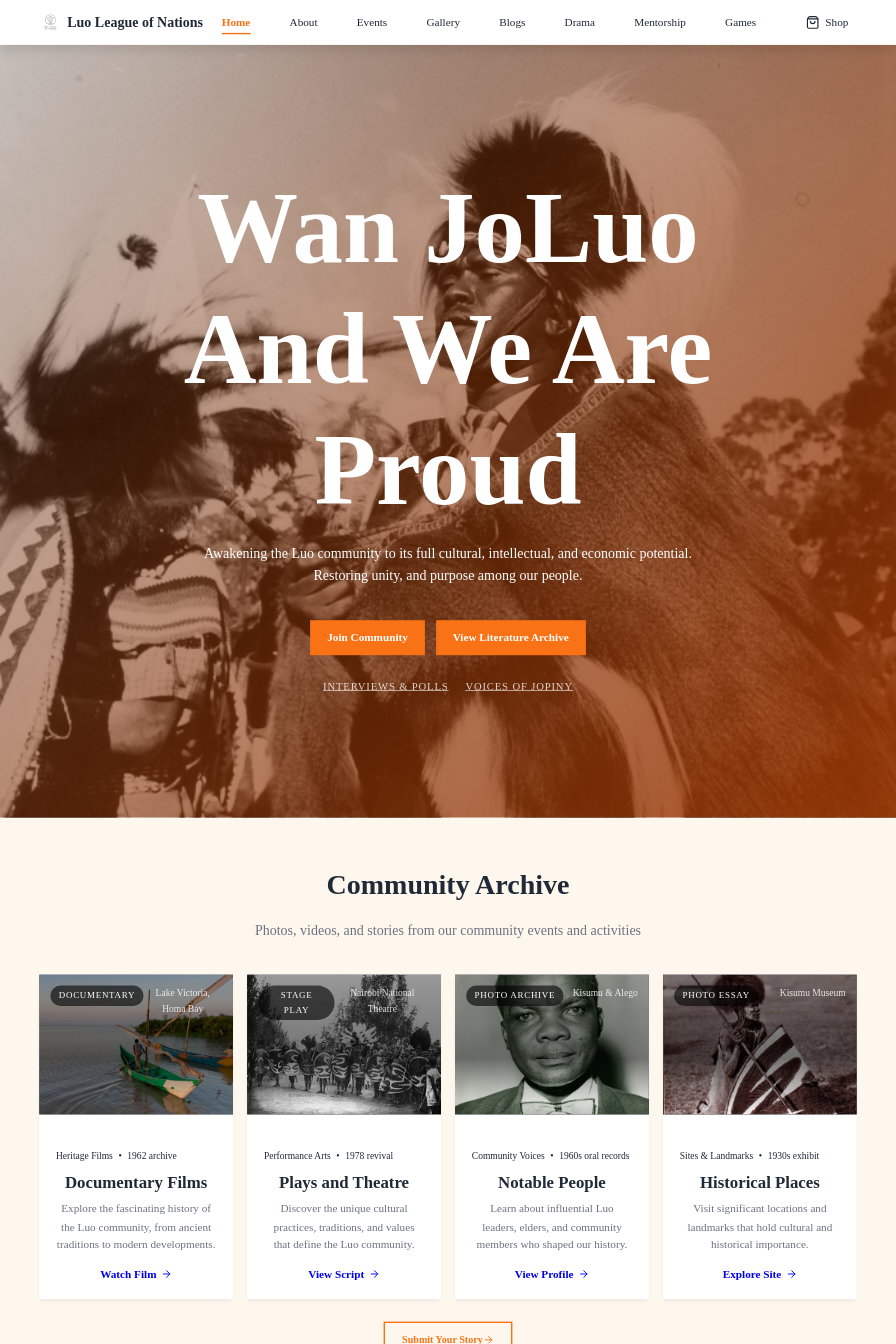
Repository: ianfranko/luo-community-history
Page: /
An editor plug-in stored every save of this project. The page is shown before and after the next save, followed by the edit.
The browser window is 1280 px wide. The pictures show the part of the page from y = 0 to 1920 px (the page is 4457 px tall before and 4207 px after), at 70% of full size.
The project was rebuilt for these pictures with package versions that can differ from the ones it lists, and the page was loaded fresh each time. The framework's server and built-in components were replaced by stand-ins that run in the browser. Also part of the build but not shown: next.config.ts.

Above is the page before, as saved 2025-11-23 12:30:06.

### src/app/layout.tsx
import type { Metadata } from "next";
import { Geist, Geist_Mono } from "next/font/google";
import "./globals.css";
import Layout from "@/components/Layout";

const geistSans = Geist({
  variable: "--font-geist-sans",
  subsets: ["latin"],
});

const geistMono = Geist_Mono({
  variable: "--font-geist-mono",
  subsets: ["latin"],
});

export const metadata: Metadata = {
  title: "Luo League of Nations",
  description: "Preserving and sharing the rich cultural heritage and history of the Luo people",
  icons: {
    icon: "/LLNLOGO.svg",
    shortcut: "/LLNLOGO.svg",
    apple: "/LLNLOGO.svg",
  },
};

export default function RootLayout({
  children,
}: Readonly<{
  children: React.ReactNode;
}>) {
  return (
    <html lang="en">
      <body
        className={`${geistSans.variable} ${geistMono.variable} antialiased`}
      >
        <Layout>{children}</Layout>
      </body>
    </html>
  );
}

### src/app/globals.css
/* Reset and base styles */
* {
  margin: 0;
  padding: 0;
  box-sizing: border-box;
}

:root {
  --primary-color: #f97316;
  --secondary-color: #eab308;
  --accent-color: #ea580c;
  --text-dark: #1f2937;
  --text-light: #6b7280;
  --bg-light: #fef7ed;
  --bg-white: #ffffff;
  --border-color: #e5e7eb;
  --shadow: 0 4px 6px -1px rgba(0, 0, 0, 0.1);
  --shadow-lg: 0 10px 15px -3px rgba(0, 0, 0, 0.1);
  --font-sans: var(--font-geist-sans), system-ui, -apple-system, sans-serif;
  --font-mono: var(--font-geist-mono), 'Courier New', monospace;

  /* New Colors */
  --forest-green: #2E7D32;
  --lake-blue: #0277BD;
  --cream: #F5F5DC;
}

body {
  font-family: var(--font-sans);
  line-height: 1.6;
  color: var(--text-dark);
  background-color: var(--bg-light);
}

/* Utility classes */
.container {
  max-width: 1200px;
  margin: 0 auto;
  padding: 0 1rem;
}

.flex {
  display: flex;
}

.flex-col {
  flex-direction: column;
}

.items-center {
  align-items: center;
}

.justify-center {
  justify-content: center;
}

.justify-between {
  justify-content: space-between;
}

.text-center {
  text-align: center;
}

.grid {
  display: grid;
}

.grid-cols-1 {
  grid-template-columns: repeat(1, minmax(0, 1fr));
}

.grid-cols-2 {
  grid-template-columns: repeat(2, minmax(0, 1fr));
}

.grid-cols-3 {
  grid-template-columns: repeat(3, minmax(0, 1fr));
}

.gap-2 {
  gap: 0.5rem;
}

.gap-4 {
  gap: 1rem;
}

.gap-6 {
  gap: 1.5rem;
}

.gap-8 {
  gap: 2rem;
}

.space-y-4 > * + * {
  margin-top: 1rem;
}

.space-y-6 > * + * {
  margin-top: 1.5rem;
}

.space-y-8 > * + * {
  margin-top: 2rem;
}

/* Typography */
.text-sm {
  font-size: 0.875rem;
}

.text-base {
  font-size: 1rem;
}

.text-lg {
  font-size: 1.125rem;
}

.text-xl {
  font-size: 1.25rem;
}

.text-2xl {
  font-size: 1.5rem;
}

.text-3xl {
  font-size: 1.875rem;
}

.text-4xl {
  font-size: 2.25rem;
}

.text-5xl {
  font-size: 9rem;
}

.font-semibold {
  font-weight: 600;
}

.font-bold {
  font-weight: 700;
}

/* Colors */
.text-primary {
  color: var(--primary-color);
}

.text-secondary {
  color: var(--secondary-color);
}

.text-gray-600 {
  color: var(--text-light);
}

.text-gray-700 {
  color: #374151;
}

.text-gray-800 {
  color: #1f2937;
}

.text-white {
  color: white;
}

.bg-primary {
  background-color: var(--primary-color);
}

.bg-secondary {
  background-color: var(--secondary-color);
}

.bg-white {
  background-color: var(--bg-white);
}

.bg-gradient {
  background: linear-gradient(135deg, var(--primary-color), var(--secondary-color));
}

/* New Color Utilities */
.text-forest-green {
  color: var(--forest-green);
}

.text-lake-blue {
  color: var(--lake-blue);
}

.bg-forest-green {
  background-color: var(--forest-green);
}

.bg-lake-blue {
  background-color: var(--lake-blue);
}

.bg-cream {
  background-color: var(--cream);
}

.border-forest-green {
  border-color: var(--forest-green);
}

.border-lake-blue {
  border-color: var(--lake-blue);
}

/* Spacing */
.p-4 {
  padding: 1rem;
}

.p-6 {
  padding: 1.5rem;
}

.p-8 {
  padding: 2rem;
}

.py-4 {
  padding-top: 1rem;
  padding-bottom: 1rem;
}

.py-8 {
  padding-top: 2rem;
  padding-bottom: 2rem;
}

.py-12 {
  padding-top: 3rem;
  padding-bottom: 3rem;
}

.py-16 {
  padding-top: 4rem;
  padding-bottom: 4rem;
}

.px-4 {
  padding-left: 1rem;
  padding-right: 1rem;
}

.px-6 {
  padding-left: 1.5rem;
  padding-right: 1.5rem;
}

.m-4 {
  margin: 1rem;
}

.mb-4 {
  margin-bottom: 1rem;
}

.mb-6 {
  margin-bottom: 1.5rem;
}

.mb-8 {
  margin-bottom: 2rem;
}

.mt-8 {
  margin-top: 2rem;
}

/* Border and shadow */
.rounded {
  border-radius: 0.25rem;
}

.rounded-lg {
  border-radius: 0.5rem;
}

.rounded-xl {
  border-radius: 0.75rem;
}

.shadow {
  box-shadow: var(--shadow);
}

.shadow-lg {
  box-shadow: var(--shadow-lg);
}

.border {
  border: 1px solid var(--border-color);
}

/* Button styles */
.btn {
  display: inline-flex;
  align-items: center;
  justify-content: center;
  padding: 0.75rem 1.5rem;
  border-radius: 0rem;
  font-weight: 600;
  text-decoration: none;
  transition: all 0.2s ease;
  cursor: pointer;
  border: none;
}

.btn-primary {
  background-color: var(--primary-color);
  color: white;
}

.btn-primary:hover {
  background-color: var(--accent-color);
  transform: translateY(-1px);
}

.btn-secondary {
  background-color: var(--secondary-color);
  color: white;
}

.btn-secondary:hover {
  background-color: #ca8a04;
  transform: translateY(-1px);
}

.btn-outline {
  background-color: transparent;
  color: var(--primary-color);
  border: 2px solid var(--primary-color);
}

.btn-outline:hover {
  background-color: var(--primary-color);
  color: white;
}

/* Card styles */
.card {
  background-color: var(--bg-white);
  border-radius: 0rem;
  box-shadow: var(--shadow);
  overflow: hidden;
  transition: transform 0.2s ease, box-shadow 0.2s ease;
}

.card:hover {
  transform: translateY(-2px);
  box-shadow: var(--shadow-lg);
}

.card-body {
  padding: 1.5rem;
}

.card-title {
  font-size: 1.25rem;
  font-weight: 600;
  margin-bottom: 0.5rem;
}

.card-text {
  color: var(--text-light);
  line-height: 1.6;
}

/* Responsive design */
@media (min-width: 768px) {
  .md\:grid-cols-2 {
    grid-template-columns: repeat(2, minmax(0, 1fr));
  }

  .md\:grid-cols-3 {
    grid-template-columns: repeat(3, minmax(0, 1fr));
  }

  .md\:flex {
    display: flex;
  }

  .md\:flex-row {
    flex-direction: row;
  }

  .md\:justify-center {
    justify-content: center;
  }

  .md\:gap-4 {
    gap: 1rem;
  }

  .md\:flex-wrap {
    flex-wrap: wrap;
  }

  .md\:text-left {
    text-align: left;
  }

  .md\:px-6 {
    padding-left: 1.5rem;
    padding-right: 1.5rem;
  }

  .md\:py-16 {
    padding-top: 4rem;
    padding-bottom: 4rem;
  }
}

@media (min-width: 1024px) {
  .lg\:grid-cols-3 {
    grid-template-columns: repeat(3, minmax(0, 1fr));
  }

  .lg\:grid-cols-4 {
    grid-template-columns: repeat(4, minmax(0, 1fr));
  }

  .lg\:px-8 {
    padding-left: 2rem;
    padding-right: 2rem;
  }

  .lg\:py-20 {
    padding-top: 5rem;
    padding-bottom: 5rem;
  }
}

/* Hero section styles */
.hero {
  background: linear-gradient(135deg, rgba(51, 23, 3, 0.2), rgba(156, 56, 3, 0.9)),
              url('/COLLECTIE_TROPENMUSEUM_Luo_dansers_in_krijgskostuum_tijdens_de_Eldoret_Agricultural_Show_TMnr_20014318.jpg') center/cover no-repeat;
  color: white;
  padding: 11rem 0rem; /* base padding for desktop */
  position: relative;
  overflow: hidden;
}

.hero::before {
  content: '';
  position: absolute;
  inset: 0;
  background:
    rgba(0, 0, 0, 0.85),
    url("data:[embedded picture, 296 characters]");
  background-size: cover;
  pointer-events: none;
  z-index: 1;
}

.hero > * {
  position: relative;
  z-index: 2;
}

.hero-content {
  position: relative;
  z-index: 1;
  max-width: 900px;
  margin: 0 auto;
  text-align: center;
}

/* Scalable heading and text */
.hero-content h1 {
  font-weight: 700;
  line-height: 1.2;
  margin-bottom: 1rem;
}

.hero-content p {
  line-height: 1.6;
  margin-bottom: 2rem;
}

/* Mobile-specific adjustments */
@media (max-width: 767px) {
  .hero {
    padding: 6rem 1rem;
  }

  .hero-content {
    text-align: center;
  }

  .hero-content h1 {
    font-size: clamp(1.5rem, 6vw, 3rem);
  }

  .hero-content p {
    font-size: clamp(0.9rem, 4vw, 1.1rem);
  }
}


/* Search styles */
.search-container {
  position: relative;
  max-width: 500px;
  margin: 0 auto;
}

.search-input {
  width: 100%;
  padding: 1rem 1.5rem;
  border-radius: 2rem;
  border: none;
  background-color: rgba(255, 255, 255, 0.9);
  font-size: 1rem;
  outline: none;
  transition: all 0.2s ease;
}

.search-input:focus {
  background-color: white;
  box-shadow: 0 0 0 3px rgba(249, 115, 22, 0.3);
}

.search-button {
  position: absolute;
  right: 0.5rem;
  top: 50%;
  transform: translateY(-50%);
  background-color: var(--primary-color);
  border: none;
  border-radius: 50%;
  width: 2.5rem;
  height: 2.5rem;
  display: flex;
  align-items: center;
  justify-content: center;
  cursor: pointer;
  transition: background-color 0.2s ease;
}

.search-button:hover {
  background-color: var(--accent-color);
}

/* Section styles */
.section {
  padding: 4rem 0;
}

.section-title {
  font-size: 2.5rem;
  font-weight: 700;
  text-align: center;
  margin-bottom: 1rem;
  color: var(--text-dark);
}

.section-subtitle {
  font-size: 1.25rem;
  text-align: center;
  color: var(--text-light);
  margin-bottom: 3rem;
  max-width: 600px;
  margin-left: auto;
  margin-right: auto;
}

.cta-card {
  background: rgba(255, 255, 255, 0.08);
  border: 1px solid rgba(255, 255, 255, 0.2);
  border-radius: 20px;
  padding: 2rem;
  backdrop-filter: blur(12px);
  box-shadow: 0 25px 45px rgba(0, 0, 0, 0.25);
  color: white;
  text-align: left;
}

.cta-card-orange {
  background: linear-gradient(135deg, rgba(249, 116, 22, 0.551), rgba(234, 88, 12, 0.85));
  backdrop-filter: blur(10px);
  color: white;
  border-radius: 16px;
  box-shadow: 0 10px 25px rgba(0,0,0,0.25);
}



.cta-stat {
  font-size: clamp(2.5rem, 4vw, 3.5rem);
  font-weight: 700;
  line-height: 1;
}

.cta-label {
  margin-top: 0.75rem;
  font-size: 0.95rem;
  letter-spacing: 0.12em;
  text-transform: uppercase;
  color: rgba(255, 255, 255, 0.85);
}

.cta-body {
  margin-top: 1rem;
  font-size: 1.05rem;
  line-height: 1.6;
  color: rgba(255, 255, 255, 0.95);
}

/* Feature grid */
.feature-grid {
  display: grid;
  grid-template-columns: repeat(auto-fit, minmax(300px, 2fr));
  gap: 2rem;
  margin-top: 3rem;
}

.feature-card {
  background-color: var(--bg-white);
  padding: 2rem;
  border-radius: 0rem;
  box-shadow: var(--shadow);
  text-align: center;
  transition: transform 0.2s ease, box-shadow 0.2s ease;
}

.feature-card:hover {
  transform: translateY(-4px);
  box-shadow: var(--shadow-lg);
}

.gallery-card-image {
  width: 100%;
  height: 200px;
  margin-bottom: 1.5rem;
  border-radius: 0rem;
  overflow: hidden;
  background-color: #0f172a;
  position: relative;
}

.feature-icon {
  width: 4rem;
  height: 4rem;
  background: var(--bg-gradient);
  border-radius: 50%;
  display: flex;
  align-items: center;
  justify-content: center;
  margin: 0 auto 1.5rem;
  color: white;
}

.feature-title {
  font-size: 1.5rem;
  font-weight: 600;
  margin-bottom: 1rem;
  color: var(--text-dark);
}

.feature-description {
  color: var(--text-light);
  line-height: 1.6;
}

/* Testimonials grid */
.testimonial-grid {
  display: grid;
  grid-template-columns: repeat(auto-fit, minmax(280px, 1fr));
  gap: 1.5rem; /* slightly reduced for small screens */
  margin-top: 3rem;
  padding: 0 1rem;
}

.testimonial-card {
  background-color: var(--bg-white);
  padding: 1.5rem; /* reduced padding for mobile */
  border-radius: 0.5rem; /* slight rounding for touch-friendly */
  box-shadow: 0 6px 20px rgba(0,0,0,0.1);
  transition: transform 0.3s ease, box-shadow 0.3s ease;
  position: relative;
  overflow: hidden;
}

.testimonial-quote {
  font-size: clamp(0.95rem, 2.5vw, 1.1rem);
  line-height: 1.6;
  margin-bottom: 1rem;
}

.testimonial-author {
  margin-top: 0.5rem;
}

.author-name {
  font-weight: 600;
  color: var(--text-dark);
  font-size: clamp(0.9rem, 2vw, 1rem);
}

.author-title {
  font-size: clamp(0.8rem, 1.8vw, 0.9rem);
  color: var(--text-light);
}

/* Optional: reduce gap on very small devices */
@media (max-width: 480px) {
  .testimonial-grid {
    gap: 1rem;
  }

  .testimonial-card {
    padding: 1rem;
  }
}

/* Stats section */
/* ========================= */
/* STATS SECTION RESPONSIVE  */
/* ========================= */
.stats-grid {
  display: grid;
  grid-template-columns: repeat(auto-fit, minmax(180px, 1fr));
  gap: 1.5rem; /* smaller gap for mobile */
  margin-top: 3rem;
  padding: 0 1rem; /* ensure padding on small screens */
}

.stat-item {
  text-align: center;
  padding: 1rem 1.5rem; /* slightly smaller padding for mobile */
  background-color: var(--bg-white);
  border-radius: 0.5rem;
  box-shadow: var(--shadow);
  transition: transform 0.2s ease, box-shadow 0.2s ease;
}

.stat-item:hover {
  transform: translateY(-4px);
  box-shadow: var(--shadow-lg);
}

.stat-number {
  font-size: clamp(2rem, 5vw, 3rem); /* scales from mobile to desktop */
  font-weight: 700;
  color: var(--primary-color);
  display: block;
  line-height: 1.2;
}

.stat-label {
  font-size: clamp(0.9rem, 2.5vw, 1.1rem); /* scales nicely */
  color: var(--text-light);
  margin-top: 0.5rem;
}

/* Extra small devices adjustments */
@media (max-width: 480px) {
  .stats-grid {
    gap: 1rem;
  }

  .stat-item {
    padding: 0.75rem 1rem;
  }
}


/* Navigation styles */
.header-nav {
  display: none;
}

.desktop-nav-links {
  display: flex;
  gap: 2rem;
  align-items: center;
}

.menu-toggle {
  display: block;
}

.nav-link {
  color: var(--text-dark);
  text-decoration: none;
  font-weight: 500;
  transition: color 0.2s ease;
  display: flex;
  align-items: center;
  gap: 0.5rem;
  padding: 0.5rem 0.75rem;
  border-radius: 0.5rem;
  position: relative;
}

.nav-link:hover {
  color: var(--primary-color);
}

.nav-link-active {
  color: var(--primary-color);
  font-weight: 600;
}

.nav-link.nav-link-active::after {
  content: '';
  position: absolute;
  left: 0.75rem;
  right: 0.75rem;
  bottom: 0.25rem;
  height: 2px;
  background-color: var(--primary-color);
}

.nav-link-mobile.nav-link-active {
  color: var(--primary-color);
  font-weight: 600;
}

.nav-link-mobile {
  display: flex;
  align-items: center;
  gap: 0.5rem;
  padding: 0.75rem;
  color: var(--text-dark);
  text-decoration: none;
  border-radius: 0.5rem;
  transition: color 0.2s ease;
}

.nav-link-mobile:hover {
  color: var(--primary-color);
}

.mobile-nav {
  width: 100%;
  background-color: var(--bg-white);
  border-top: 1px solid var(--border-color);
  box-shadow: var(--shadow);
  animation: mobileNavReveal 0.2s ease;
}

@keyframes mobileNavReveal {
  from {
    opacity: 0;
    transform: translateY(-8px);
  }
  to {
    opacity: 1;
    transform: translateY(0);
  }
}

@media (min-width: 768px) {
  .header-nav {
    display: flex;
  }

  .menu-toggle {
    display: none;
  }

  .mobile-nav {
    display: none;
  }
}

/* Footer styles */
.footer {
  background-color: var(--text-dark);
  color: white;
  padding: 3rem 0 1rem;
}

.footer-content {
  display: grid;
  grid-template-columns: repeat(auto-fit, minmax(250px, 1fr));
  gap: 2rem;
  margin-bottom: 2rem;
}

.footer-section h3 {
  font-size: 1.25rem;
  font-weight: 600;
  margin-bottom: 1rem;
}

.footer-section ul {
  list-style: none;
}

.footer-section li {
  margin-bottom: 0.5rem;
}

.footer-section a {
  color: #9ca3af;
  text-decoration: none;
  transition: color 0.2s ease;
}

.footer-section a:hover {
  color: var(--primary-color);
}

.footer-bottom {
  border-top: 1px solid #374151;
  padding-top: 1rem;
  text-align: center;
  color: #9ca3af;
}

### src/components/Layout.tsx
'use client'

import Link from 'next/link'
import Image from 'next/image'
import { useEffect, useState } from 'react'
import { Menu, X, ShoppingBag } from 'lucide-react'
import { usePathname } from 'next/navigation'

const navigation = [
  { name: 'Home', href: '/' },
  { name: 'About', href: '/about' },
  { name: 'Events', href: '/events' },
  { name: 'Gallery', href: '/Gallery' },
  { name: 'Blogs', href: '/BlogList' },
  { name: 'Drama', href: '/Drama' },
  { name: 'Mentorship', href: '/mentorship' },
  { name: 'Games', href: '/games' },
]

export default function Layout({ children }: { children: React.ReactNode }) {
  const [isMenuOpen, setIsMenuOpen] = useState(false)
  const pathname = usePathname()

  useEffect(() => {
    setIsMenuOpen(false)
  }, [pathname])

  useEffect(() => {
    if (!isMenuOpen) return

    const handleKeyDown = (event: KeyboardEvent) => {
      if (event.key === 'Escape') {
        setIsMenuOpen(false)
      }
    }

    window.addEventListener('keydown', handleKeyDown)
    return () => window.removeEventListener('keydown', handleKeyDown)
  }, [isMenuOpen])

  return (
    <div style={{ minHeight: '100vh', backgroundColor: 'var(--bg-light)' }}>
      {/* Header */}
      <header style={{
        backgroundColor: 'var(--bg-white)',
        boxShadow: 'var(--shadow-lg)',
        position: 'sticky',
        top: 0,
        zIndex: 50
      }}>
        <div className="container">
          <div style={{
            display: 'flex',
            justifyContent: 'space-between',
            alignItems: 'center',
            height: '4rem'
          }}>
            {/* Logo */}
            <Link
              href="/"
              style={{
                display: 'flex',
                alignItems: 'center',
                gap: '0.5rem',
                textDecoration: 'none',
              }}
            >
              <Image
                src="/LLNLOGO.svg"
                alt="Luo League of Nations Logo"
                width={32}
                height={32}
                style={{ objectFit: 'contain' }}
              />
              <span style={{ fontSize: '1.25rem', fontWeight: '700', color: 'var(--text-dark)' }}>
                Luo League of Nations
              </span>
            </Link>

            {/* Desktop Navigation */}
            <nav className="header-nav" aria-label="Primary navigation">
              <div className="desktop-nav-links">
                {navigation.map((item) => {
                  const isActive =
                    item.href === '/'
                      ? pathname === item.href
                      : pathname?.startsWith(item.href)

                  return (
                    <Link
                      key={item.name}
                      href={item.href}
                      className={`nav-link ${isActive ? 'nav-link-active' : ''}`}
                    >
                      <span>{item.name}</span>
                    </Link>
                  )
                })}
              </div>
            </nav>

            {/* Shop Merch Link */}
            <Link
              href="/shop"
              className="nav-link"
              style={{
                marginLeft: '2rem'
              }}
            >
              <ShoppingBag size={20} />
              <span className="shop-text">Shop</span>
            </Link>

            {/* Hamburger menu button */}
            <button
              className="menu-toggle"
              style={{
                padding: '0.5rem',
                color: 'var(--text-dark)',
                border: 'none',
                background: 'none',
                cursor: 'pointer'
              }}
              aria-label={isMenuOpen ? 'Close navigation menu' : 'Open navigation menu'}
              aria-expanded={isMenuOpen}
              aria-controls="mobile-nav"
              onClick={() => setIsMenuOpen(!isMenuOpen)}
            >
              {isMenuOpen ? <X size={24} /> : <Menu size={24} />}
            </button>
          </div>
        </div>

        {/* Navigation Dropdown */}
        {isMenuOpen && (
          <nav
            id="mobile-nav"
            aria-label="Mobile navigation"
            className="mobile-nav"
          >
            <div style={{
              padding: '1rem'
            }} className="flex flex-col gap-2 md:flex-row md:justify-center md:gap-4 md:flex-wrap">
              {navigation.map((item) => {
                const isActive =
                  item.href === '/'
                    ? pathname === item.href
                    : pathname?.startsWith(item.href)

                return (
                  <Link
                    key={item.name}
                    href={item.href}
                    className={`nav-link-mobile ${isActive ? 'nav-link-active' : ''}`}
                    onClick={() => setIsMenuOpen(false)}
                  >
                    <span>{item.name}</span>
                  </Link>
                )
              })}

              {/* Shop Merch in Mobile Nav */}
              <Link
                href="/shop"
                className="nav-link-mobile"
                onClick={() => setIsMenuOpen(false)}
              >
                <ShoppingBag size={20} />
                <span>Shop Merch</span>
              </Link>

            </div>
          </nav>
        )}
      </header>

      {/* Main Content */}
      <main style={{ flex: 1 }}>
        {children}
      </main>

      {/* Footer */}
      <footer className="footer">
        <div className="container">
          <div className="footer-content">
            <div className="footer-section">
              <div style={{ display: 'flex', alignItems: 'center', gap: '0.5rem', marginBottom: '1rem' }}>
                <Image
                  src="/lln.svg"
                  alt="Luo League of Nations Logo"
                  width={32}
                  height={32}
                  style={{ objectFit: 'contain' }}
                />
                <span style={{ fontSize: '1.25rem', fontWeight: '700' }}>Luo League of Nations</span>
              </div>
              <p style={{ color: '#9ca3af', marginBottom: '1rem' }}>
                Preserving and sharing the rich cultural heritage and history of the Luo people for future generations.
              </p>
            </div>

            <div className="footer-section">
              <h3>Quick Links</h3>
              <ul>
                <li><Link href="/culture">Culture</Link></li>
                <li><Link href="/people">Notable People</Link></li>
                <li><Link href="/places">Historical Places</Link></li>
                <li><Link href="/events">Events</Link></li>
                <li><Link href="/Gallery">Gallery</Link></li>
              </ul>
            </div>

            <div className="footer-section">
              <h3>Community</h3>
              <ul>
                <li><Link href="/about">About Us</Link></li>
                <li><Link href="/contact">Contact</Link></li>
              </ul>
            </div>
          </div>

          <div className="footer-bottom">
            <p>&copy; 2025 Luo League of Nations. All rights reserved.</p>
          </div>
        </div>
      </footer>


    </div>
  )
}

Loaded but not shown: src/app/page.tsx (490 lines, source omitted)

After the next save:
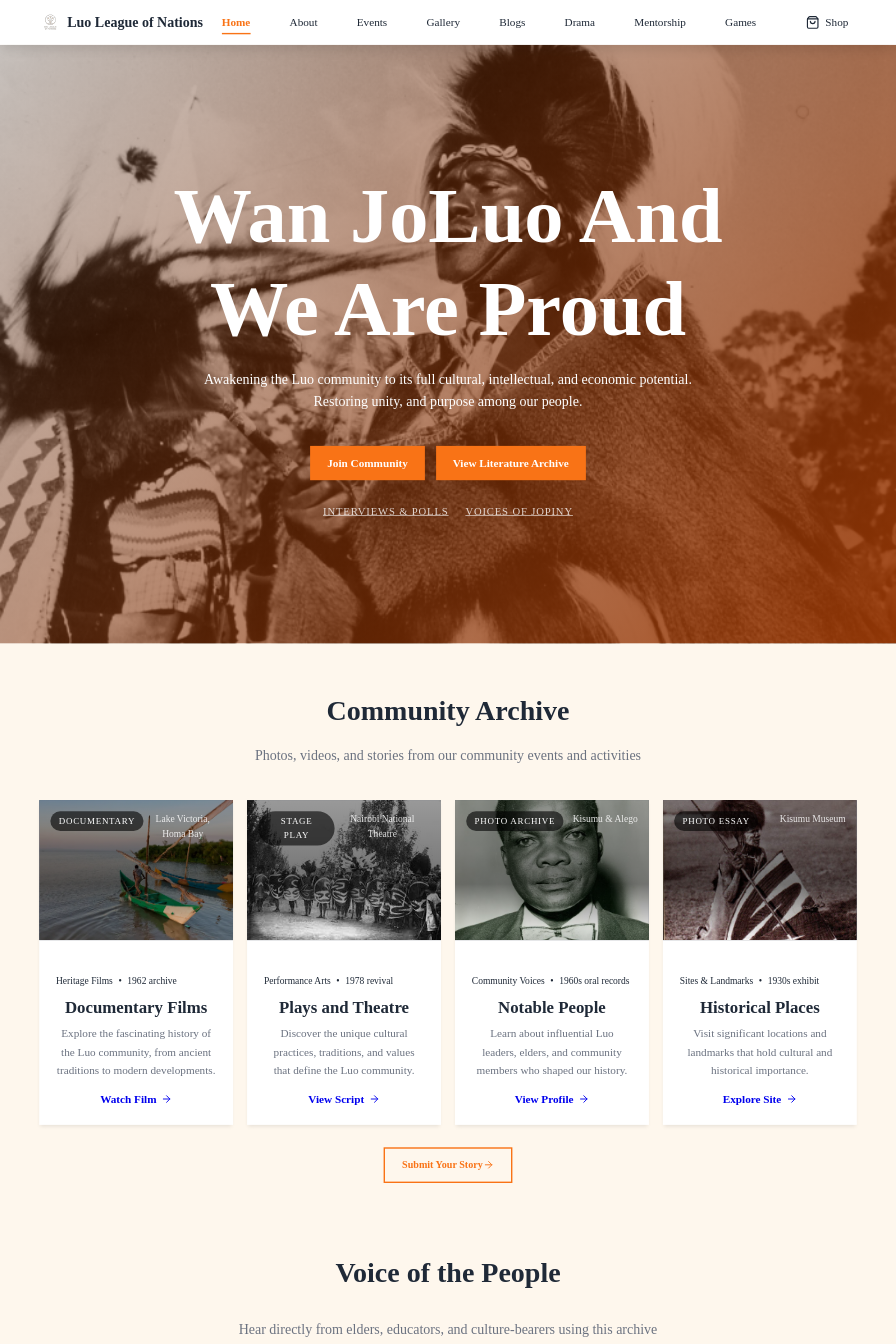
Saved 23 s later.
--- a/src/app/globals.css
+++ b/src/app/globals.css
@@ -137,7 +137,7 @@ body {
 }
 
 .text-5xl {
-  font-size: 9rem;
+  font-size: 7rem;
 }
 
 .font-semibold {
